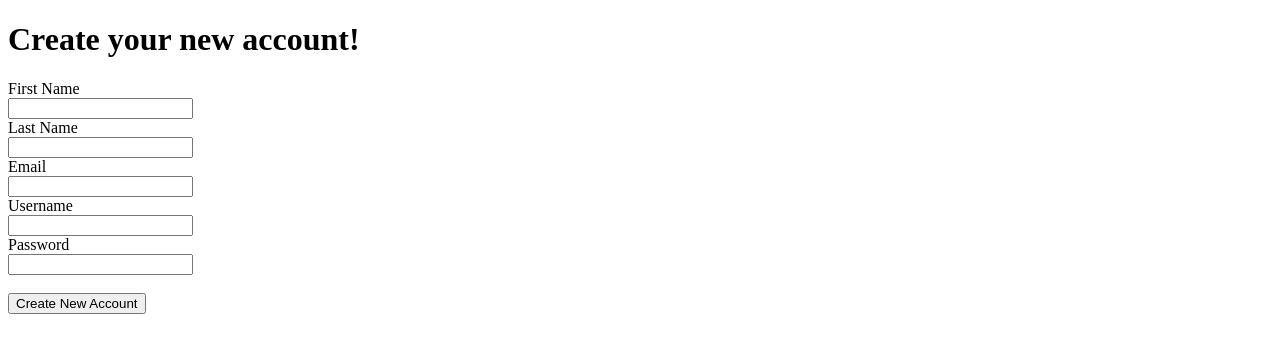
Repository: ir1998/cs201
Page: InvestCS/WebContent/signup.html
An editor plug-in stored every save of this project. The page is shown before and after the next save, followed by the edit.
The browser window is 1280 px wide. The pictures show the whole page.

Above is the page before, as saved 2017-03-30 23:17:33.

After the next save:
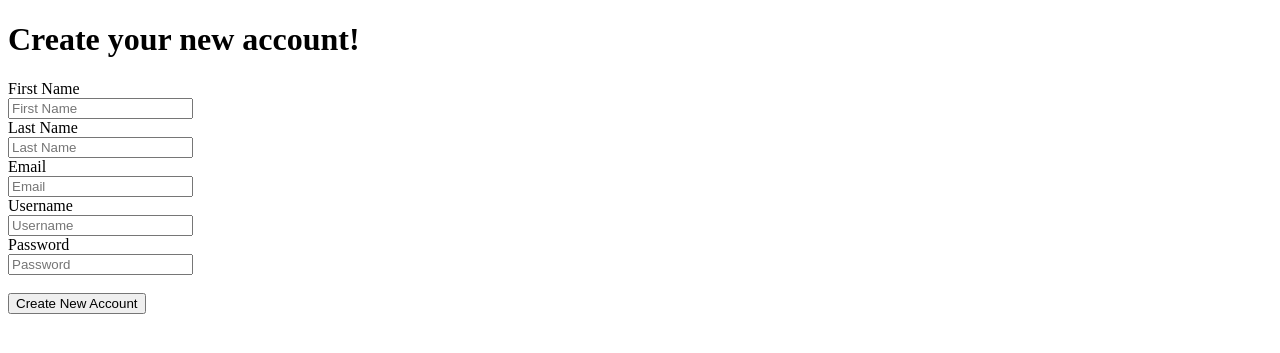
Saved 83 s later.
--- a/InvestCS/WebContent/signup.html
+++ b/InvestCS/WebContent/signup.html
@@ -24,18 +24,18 @@
 
 	<form class="Signup" action="submit">
     <div>First Name</div>
-		<input type="text" id="firstname" name="firstname"/>
+		<input type="text" id="firstname" placeholder="First Name"/>
     <br>
     <div>Last Name</div>
-    <input type="text" id="lastname" name="lastname"/>
+    <input type="text" id="lastname" placeholder="Last Name"/>
     <div>Email</div>
-		<input type="text" id="email" name="email"/>
+		<input type="text" id="email" placeholder="Email"/>
     <br>
     <div>Username</div>
-		<input type="text" id="username" name="username"/>
+		<input type="text" id="username" placeholder="Username"/>
     <br>
     <div>Password</div>
-    <input type="text" id="password" name="password"/>
+    <input type="text" id="password" placeholder="Password"/>
   </form>
   <br>
 	<button type= "button" id="createAccount"> Create New Account </button>
